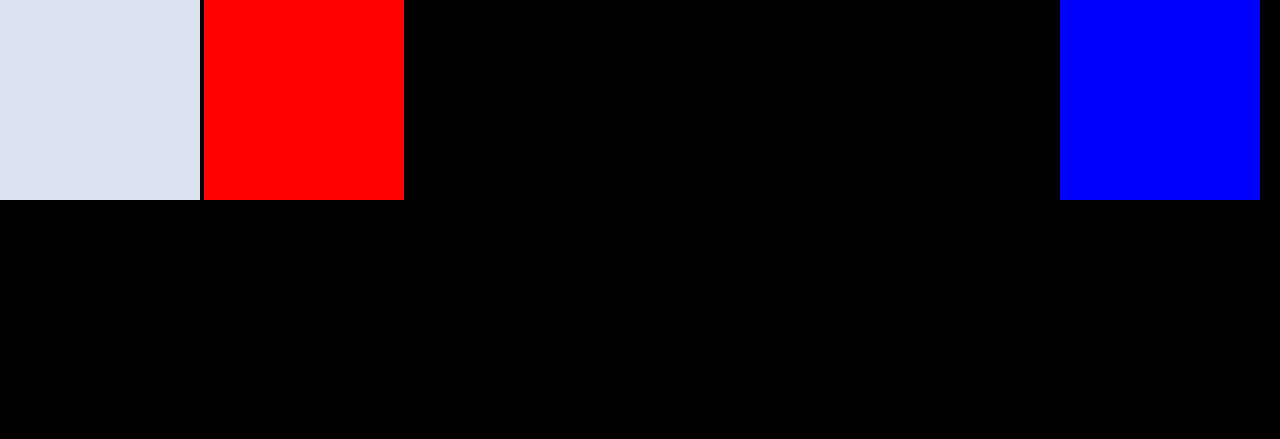
Repository: EpiTao-LLC/Personal_web_page
Page: scratch.html
These files come from the project's save history. The page is drawn as it stood at one moment and after the next save; the edit follows.
The browser window is 1280 px wide. The pictures show the whole page.

Above is the page before, as saved 2020-05-20 16:04:41.

### scratch.html
<!DOCTYPE html>
<html lang="en">
<head>
    <meta charset="UTF-8">
    <meta name="viewport" content="width=device-width, initial-scale=1.0">
    <title>Chris Larson</title>
    <link rel="stylesheet" href="css/scratch.css">

</head>
<body>
    <div class ="big_container">
        <div class = "top_container">

        </div>
        <div class="middle_container">

        </div>
        <div class="bottom_container">

        </div>
    </div>
</body>
</html>

### css/scratch.css

h1 {
    margin-top: 0;
}
body {
    margin: 0;
    background-color: black;
    position: absolute;
    display: block;
    top: 0px;
    bottom: 10px;
    width: 100%;
}
.top_container {
    background-color: #dbe2ef;
    width: 200px;
    height: 200px;
    display: inline-block;
}
.middle_container {
    width: 200px;
    height: 200px;
    background-color: red;
    display: inline-block;
    position: relative;
    left: 200;

}
.bottom_container {
    width: 200px;
    height: 200px;
    background-color: blue;
    display: inline-block;
    position: absolute;
    right: 20px;
}

After the next save:
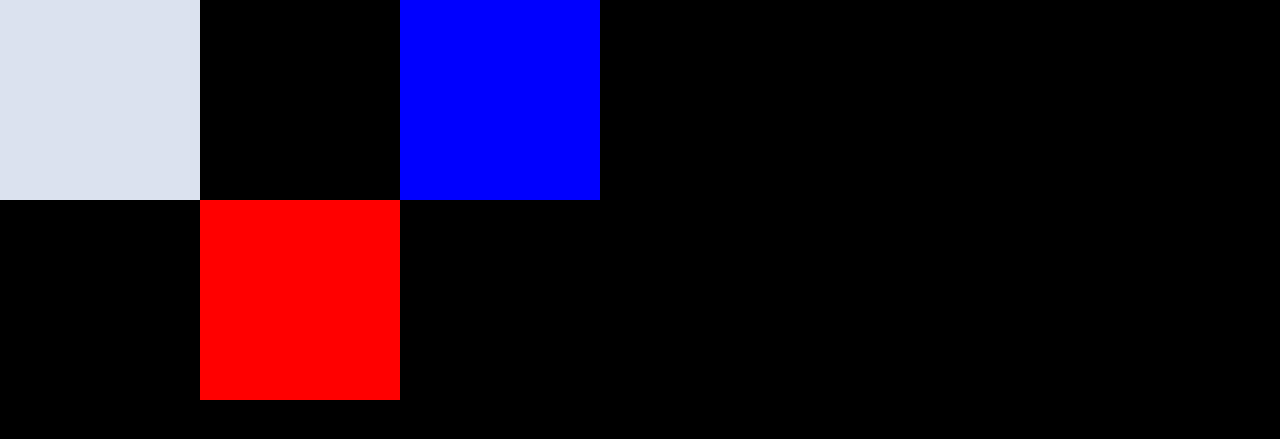
Saved 68 s later.
--- a/css/scratch.css
+++ b/css/scratch.css
@@ -22,8 +22,9 @@ body {
     height: 200px;
     background-color: red;
     display: inline-block;
-    position: relative;
-    left: 200;
+    position: absolute;
+    left: 200px;
+    top: 200px;
 
 }
 .bottom_container {
@@ -32,5 +33,5 @@ body {
     background-color: blue;
     display: inline-block;
     position: absolute;
-    right: 20px;
+    left: 400px;
 }
